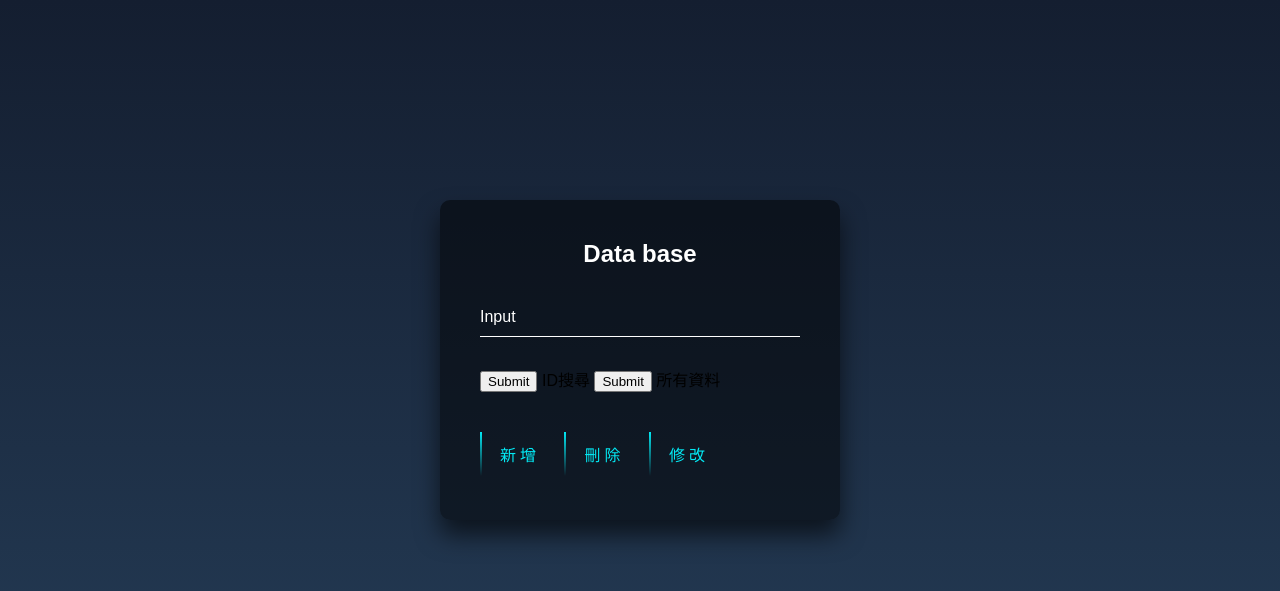
Repository: Ray917x/JaveEEforProject
Page: JSP/src/main/webapp/project/MainPageCSS.html
The author's editor kept a copy of each file at every save. The page is drawn from the files as they stood at one save, then again after the next save.
The browser window is 1280 px wide. The pictures show the whole page.

Above is the page before, as saved 2022-09-14 07:19:05.

After the next save:
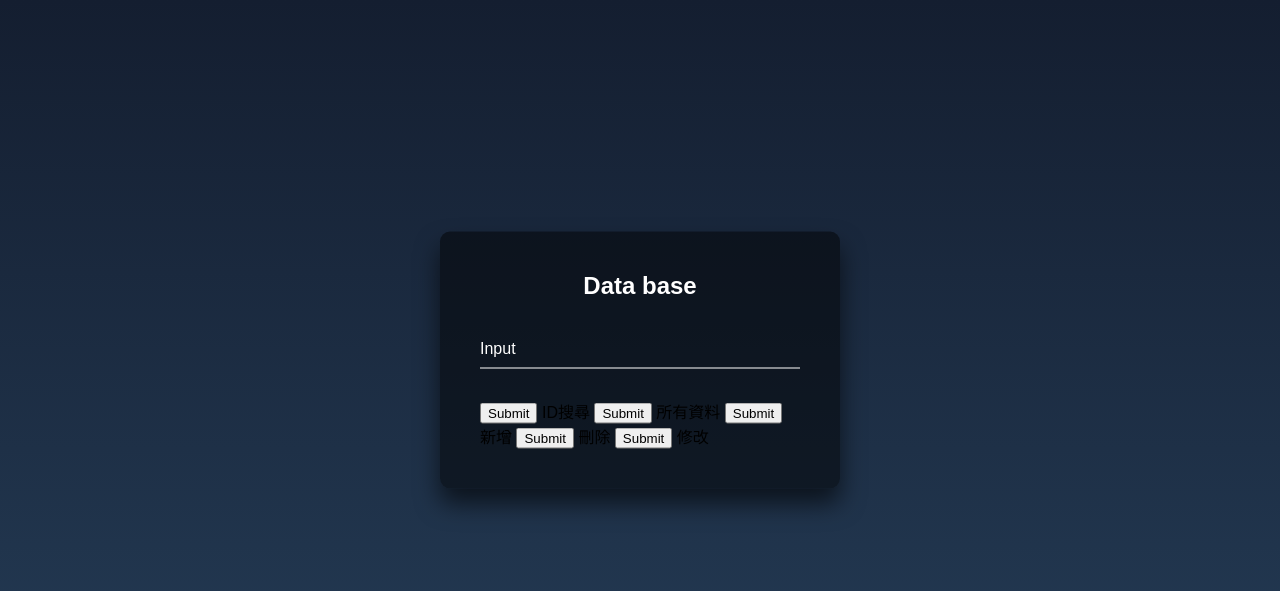
Saved 80 s later.
--- a/JSP/src/main/webapp/project/MainPageCSS.html
+++ b/JSP/src/main/webapp/project/MainPageCSS.html
@@ -210,27 +210,30 @@
                 <span></span>
                 所有資料
             </input>
-            <a formaction="AnimalCreate.html">
+
+            <input class="button" type="submit"  formaction="AnimalCreate.html">
                 <span></span>
                 <span></span>
                 <span></span>
                 <span></span>
                 新增
-            </a>
-            <a formaction="/JSP/AnimalDelete">
+            </input>
+
+            <input class="button" type="submit"  formaction="/JSP/AnimalDelete">
                 <span></span>
                 <span></span>
                 <span></span>
                 <span></span>
                 刪除
-            </a>
-            <a formaction="/JSP/AnimalGetUpdateJSTL">
+            </input>
+
+            <input class="button" type="submit"  formaction="/JSP/AnimalGetUpdateJSTL">
                 <span></span>
                 <span></span>
                 <span></span>
                 <span></span>
                 修改
-            </a>
+            </input>
         </form>
     </div>
 </body>
